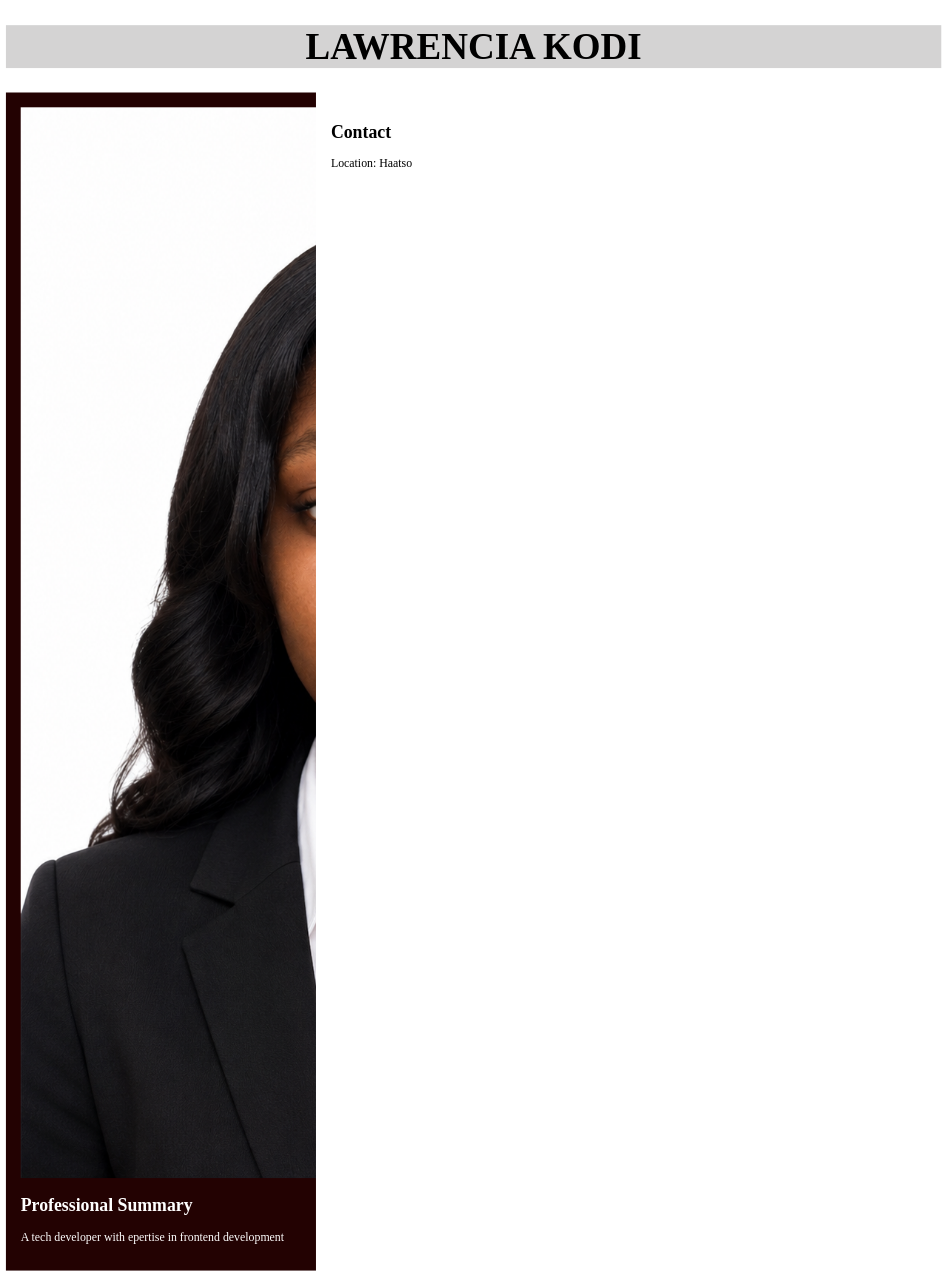
Repository: lawrencia-coder/T4G_CV
Page: index.html
An editor plug-in stored every save of this project. The page is shown before and after a run of saves, followed by the edit.
The browser window is 1280 px wide. The pictures show the whole page, at 74% of full size.
Some web libraries are served in a nearby version.

Above is the page before, as saved 2026-07-09 07:59:35.

After the next 3 saves:
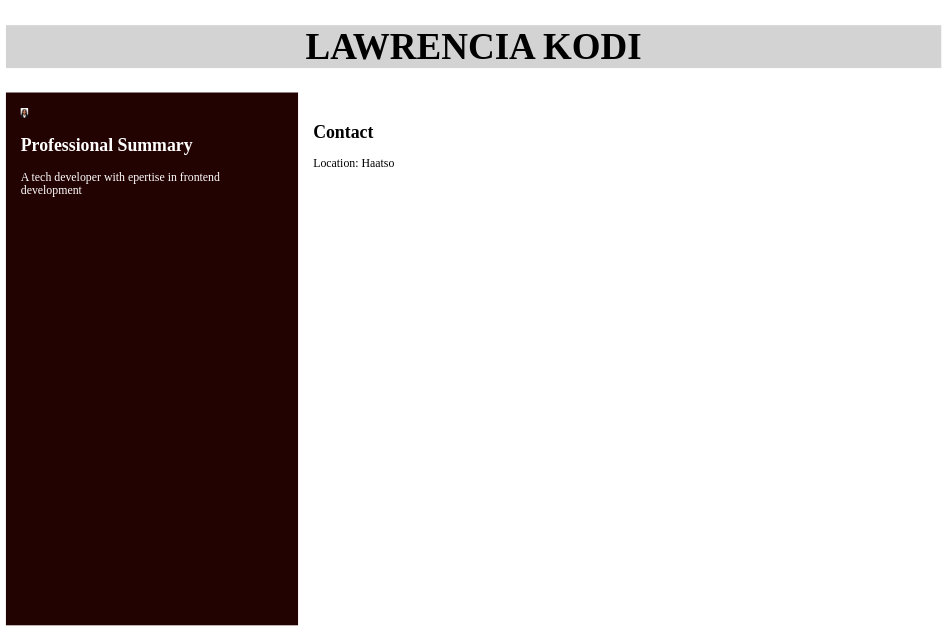
The 3 saves are shown as one change because they came seconds apart.
The last was saved 54 s later.
--- a/index.html
+++ b/index.html
@@ -11,7 +11,7 @@
     <h1>LAWRENCIA KODI</h1>
     <div class="cv-container">
         <div class="left-column">
-            <img src="images/passport pic 1.png" alt="">
+            <img src="images/passport pic 1.png" alt="" width="10">
             <h2>Professional Summary</h2>
               <p>A tech developer with epertise in frontend development</p>
         </div>
